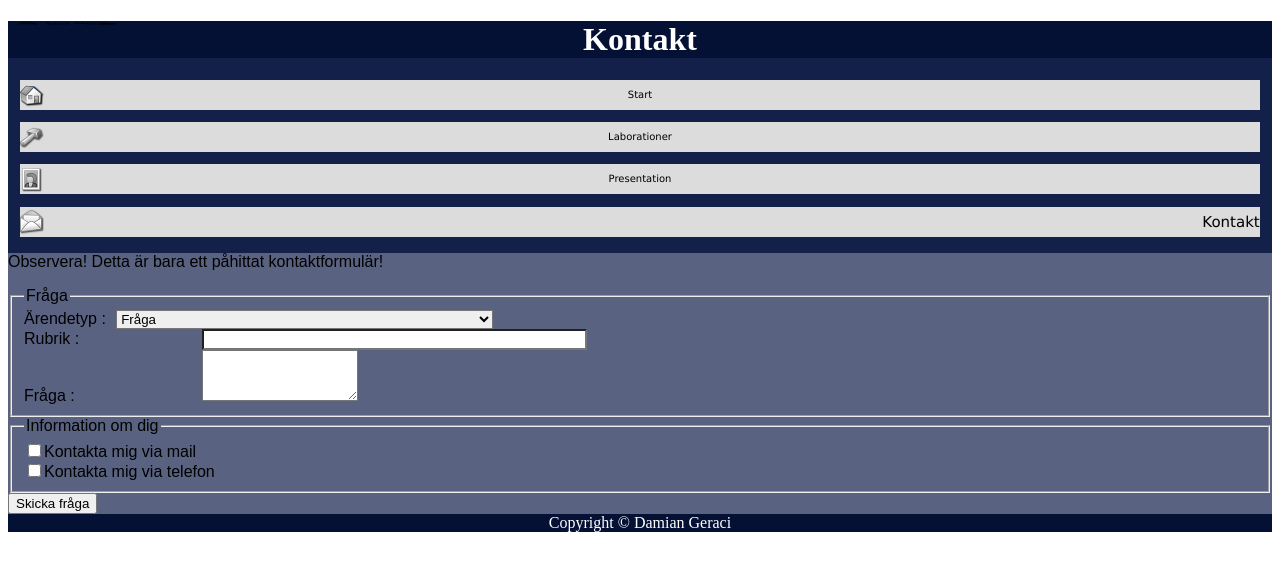
Repository: dg222dm/1ik415-laborationer
Page: pages/kontakt.html
The author's editor kept a record of every edit. The page is drawn from the files as they stood at one moment, then again after the next edit.
The browser window is 1280 px wide. The pictures show the whole page.

Above is the page before.

After the next edit:
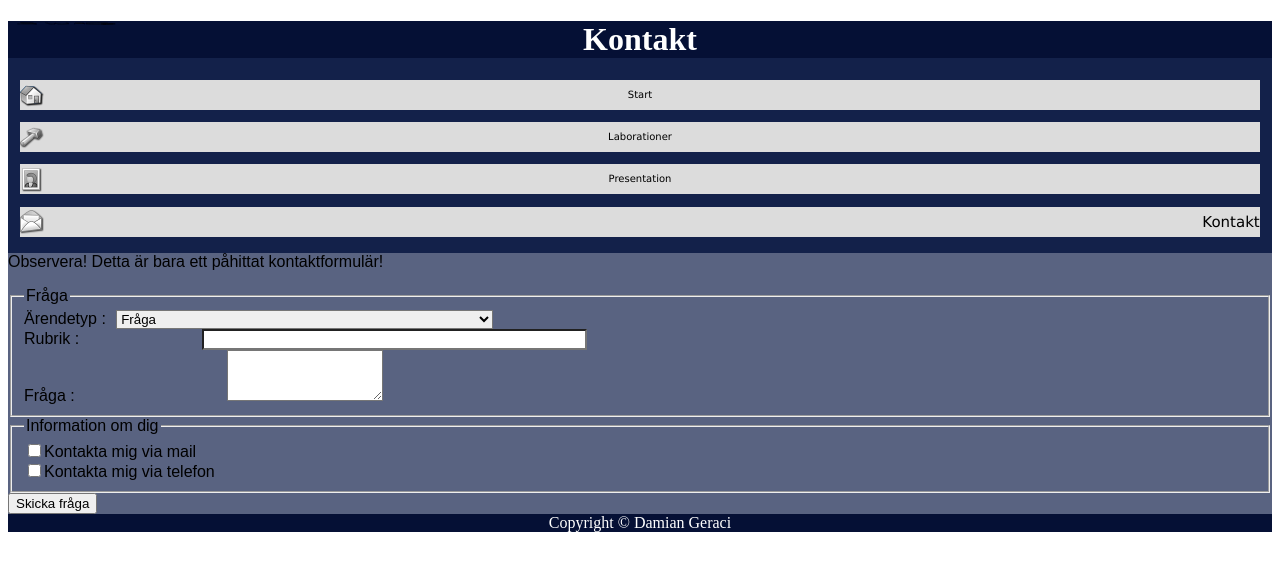
The edit:
--- a/css/mobile.css
+++ b/css/mobile.css
@@ -138,7 +138,7 @@
     width:30.57%;
     max-height:80px;
     border-radius:0.48%;
-    margin-left:10%;
+    margin-left:12%;
 }
 
 #text3 {
